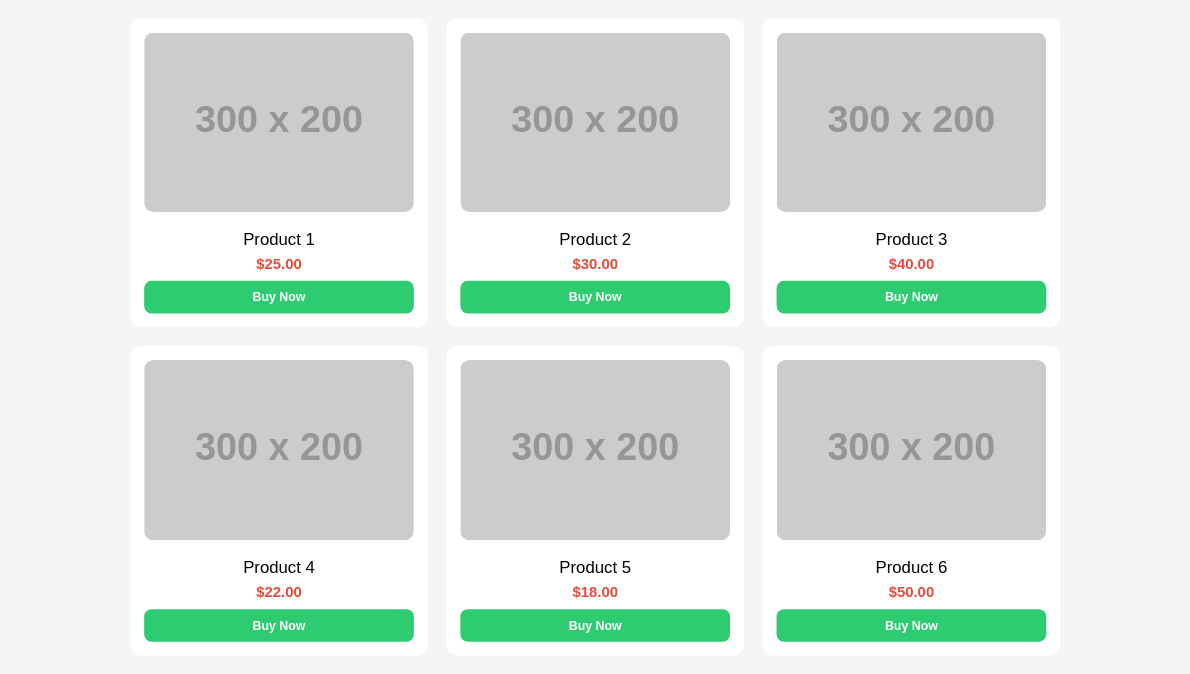
Repository: doanhieu0707/Homework-Day-5
Page: product-list.html
The author's editor kept a copy of each file at every save. The page is drawn from the files as they stood at one save, then again after a run of saves.
The browser window is 1280 px wide. The pictures show the whole page, at 93% of full size.

Above is the page before, as saved 2026-04-22 15:03:21.

### product-list.html
<!doctype html>
<html lang="en">
<head>
    <meta charset="UTF-8" />
    <meta name="viewport" content="width=device-width, initial-scale=1.0" />
    <link rel="stylesheet" href="./css/reset.css" />
    <link rel="stylesheet" href="./css/style.css" />
    <title>Product List</title>
</head>
<body>

    <div class="product-list">

        <!-- PRODUCT -->
        <div class="product-item">
            <img src="https://via.placeholder.com/300x200" alt="">
            <h3 class="product-name">Product 1</h3>
            <p class="product-price">$25.00</p>
            <button class="btn">Buy Now</button>
        </div>

        <div class="product-item">
            <img src="https://via.placeholder.com/300x200" alt="">
            <h3 class="product-name">Product 2</h3>
            <p class="product-price">$30.00</p>
            <button class="btn">Buy Now</button>
        </div>

        <div class="product-item">
            <img src="https://via.placeholder.com/300x200" alt="">
            <h3 class="product-name">Product 3</h3>
            <p class="product-price">$40.00</p>
            <button class="btn">Buy Now</button>
        </div>

        <div class="product-item">
            <img src="https://via.placeholder.com/300x200" alt="">
            <h3 class="product-name">Product 4</h3>
            <p class="product-price">$22.00</p>
            <button class="btn">Buy Now</button>
        </div>

        <div class="product-item">
            <img src="https://via.placeholder.com/300x200" alt="">
            <h3 class="product-name">Product 5</h3>
            <p class="product-price">$18.00</p>
            <button class="btn">Buy Now</button>
        </div>

        <div class="product-item">
            <img src="https://via.placeholder.com/300x200" alt="">
            <h3 class="product-name">Product 6</h3>
            <p class="product-price">$50.00</p>
            <button class="btn">Buy Now</button>
        </div>

    </div>

</body>
</html>

### css/style.css
* {
    box-sizing: border-box;
}

body {
    background-color: gray;
    font-family:
        system-ui,
        -apple-system,
        BlinkMacSystemFont,
        "Segoe UI",
        Roboto,
        Oxygen,
        Ubuntu,
        Cantarell,
        "Fira Sans",
        "Droid Sans",
        "Helvetica Neue",
        sans-serif;
}

/* MAIN CV */
.cv {
    max-width: 1000px;
    margin: 20px auto;
    border: 1px solid #ccc;
}

/* FLEX LAYOUT */
.container {
    display: flex;
}

/* SIDEBAR */
.sidebar {
    flex: 3;
    background: #2c3e50;
    color: white;
    padding: 20px;
}

.sidebar img {
    width: 100%;
    border-radius: 50%;
    margin-bottom: 15px;
}

.sidebar .left {
    margin-bottom: 10px;
}

.sidebar h2 {
    margin-bottom: 10px;
}

.sidebar ul {
    padding-left: 20px;
}

/* MAIN CONTENT */
.infor {
    flex: 7;
    padding: 20px;
}

h2 {
    margin-bottom: 10px;
    font-size: 24px;
    font-weight: 700;
}

.heading-1 {
    margin-left: 18px;
    margin-bottom: 5px;
    list-style-type: disc;
}

/* SECTION */
.heading-2 {
    margin-bottom: 10px;
}

/* JOB TITLE */
.title {
    display: flex;
    justify-content: space-between;
    font-weight: bold;
}

/* SPACING */
.part {
    margin-bottom: 20px;
}

/* FOOTER */
.footer {
    margin-top: 20px;
}

/* ===== Pricing =====  */
body {
    background: #f5f5f5;
    padding: 20px;
}

/* CONTAINER FLEX */
.pricing {
    display: flex;
    justify-content: center;
    align-items: stretch;
    gap: 30px;
    max-width: 1000px;
    margin: 0 auto;
}

/* CARD */
.pricing-item {
    flex: 1;
    max-width: 300px;

    display: flex;
    flex-direction: column;
    justify-content: space-between;

    padding: 30px 20px;
    border-radius: 20px;
    background: linear-gradient(135deg, #3f2bff, #5f5bff);
    color: white;
    text-align: center;

    transition: 0.3s;
}

/* HOVER */
.pricing-item:hover {
    transform: translateY(-10px);
    box-shadow: 0 15px 30px rgba(0,0,0,0.2);
}

/* CARD PRO (ở giữa nổi bật hơn) */
.pricing-item:nth-child(2) {
    transform: scale(1.05);
    box-shadow: 0 15px 30px rgba(0,0,0,0.3);
}

/* TITLE */
.pricing-title {
    font-size: 20px;
    margin-bottom: 10px;
}

/* PRICE */
.pricing-price {
    font-size: 32px;
    font-weight: bold;
    margin-bottom: 20px;
}

/* LIST */
.pricing-list {
    list-style: none;
    text-align: left;
    margin: 20px 0;
    flex-grow: 1;
}

.pricing-list li {
    margin: 10px 0;
    padding-left: 20px;
    position: relative;
}

.pricing-list li::before {
    content: "✓";
    position: absolute;
    left: 0;
    color: #fff;
}

/* BUTTON */
.btn {
    padding: 10px 20px;
    border-radius: 8px;
    border: none;
    background: #fff;
    color: #333;
    cursor: pointer;
    font-weight: bold;
}

.btn:hover {
    background: #eee;
}

/* RESPONSIVE */
@media (max-width: 768px) {
    .pricing {
        flex-direction: column;
        align-items: center;
    }

    .pricing-item {
        max-width: 100%;
        width: 100%;
    }
}

/* ===== Product List ===== */
body {
    background: #f5f5f5;
    font-family: Arial, sans-serif;
    padding: 20px;
}

/* CONTAINER */
.product-list {
    display: flex;
    flex-wrap: wrap;              /* QUAN TRỌNG: cho xuống hàng */
    gap: 20px;
    max-width: 1000px;
    margin: 0 auto;
}

/* PRODUCT CARD */
.product-item {
    flex: 1 1 calc(33.333% - 20px); /* 3 sản phẩm / hàng */
    background: white;
    border-radius: 12px;
    padding: 15px;
    text-align: center;

    display: flex;
    flex-direction: column;
    justify-content: space-between;

    transition: 0.3s;
}

/* IMAGE */
.product-item img {
    width: 100%;
    border-radius: 10px;
    margin-bottom: 10px;
}

/* NAME */
.product-name {
    font-size: 18px;
    margin: 10px 0;
}

/* PRICE */
.product-price {
    font-weight: bold;
    color: #e74c3c;
    margin-bottom: 10px;
}

/* BUTTON */
.btn {
    padding: 10px;
    border: none;
    border-radius: 8px;
    background: #2ecc71;
    color: white;
    cursor: pointer;
}

.btn:hover {
    background: #27ae60;
}

/* HOVER EFFECT */
.product-item:hover {
    transform: translateY(-8px);
    box-shadow: 0 10px 25px rgba(0,0,0,0.15);
}

/* RESPONSIVE */
@media (max-width: 768px) {
    .product-item {
        flex: 1 1 calc(50% - 20px); /* 2 sản phẩm */
    }
}

@media (max-width: 480px) {
    .product-item {
        flex: 1 1 100%; /* 1 sản phẩm */
    }
}

Loaded but not shown: css/reset.css (common file)

After the next 2 saves:
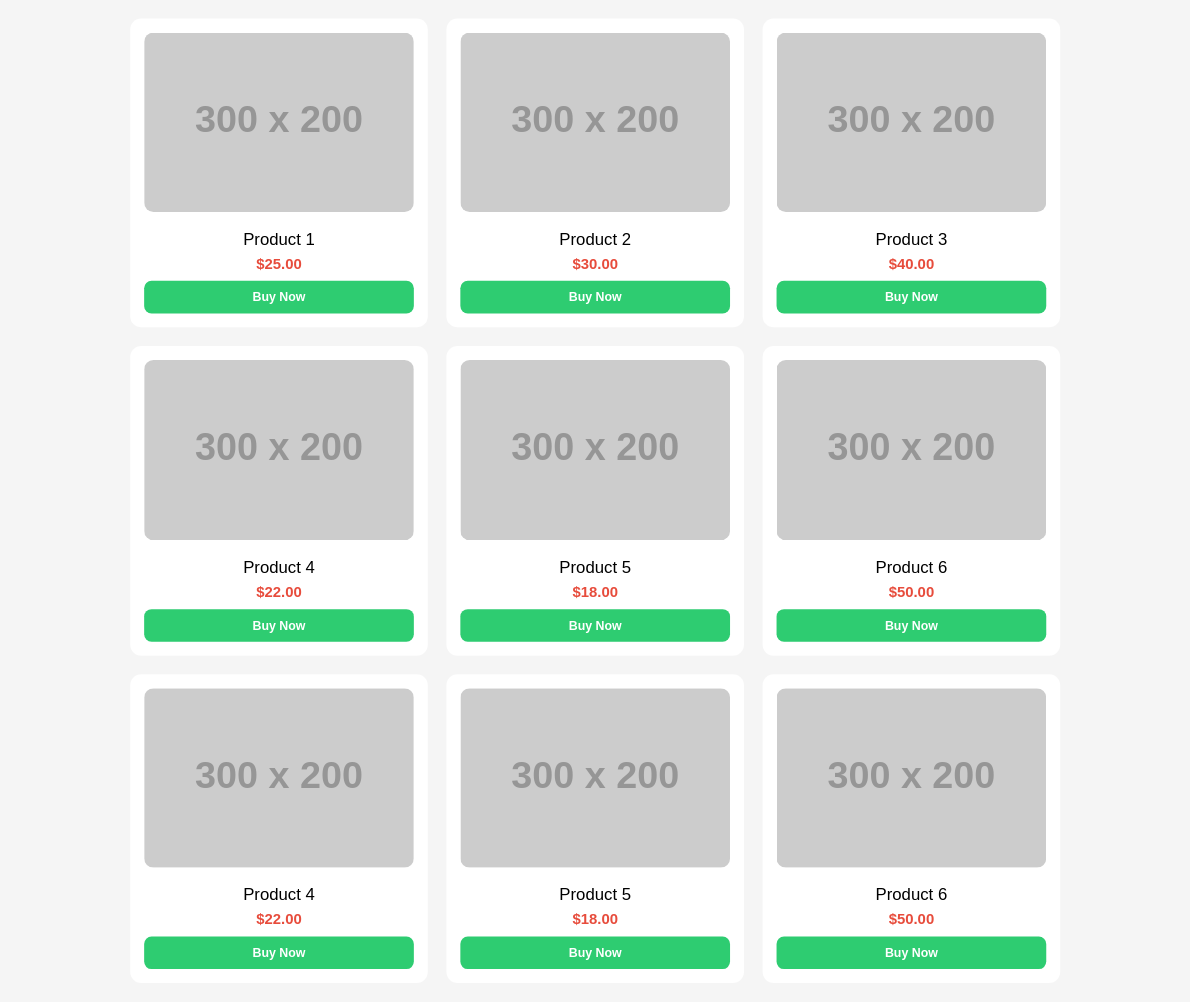
The 2 saves are shown as one change because they came seconds apart.
The last was saved 44 s later.
--- a/product-list.html
+++ b/product-list.html
@@ -54,6 +54,27 @@
             <button class="btn">Buy Now</button>
         </div>
 
+        <div class="product-item">
+            <img src="https://via.placeholder.com/300x200" alt="">
+            <h3 class="product-name">Product 4</h3>
+            <p class="product-price">$22.00</p>
+            <button class="btn">Buy Now</button>
+        </div>
+
+        <div class="product-item">
+            <img src="https://via.placeholder.com/300x200" alt="">
+            <h3 class="product-name">Product 5</h3>
+            <p class="product-price">$18.00</p>
+            <button class="btn">Buy Now</button>
+        </div>
+
+        <div class="product-item">
+            <img src="https://via.placeholder.com/300x200" alt="">
+            <h3 class="product-name">Product 6</h3>
+            <p class="product-price">$50.00</p>
+            <button class="btn">Buy Now</button>
+        </div>
+
     </div>
 
 </body>
